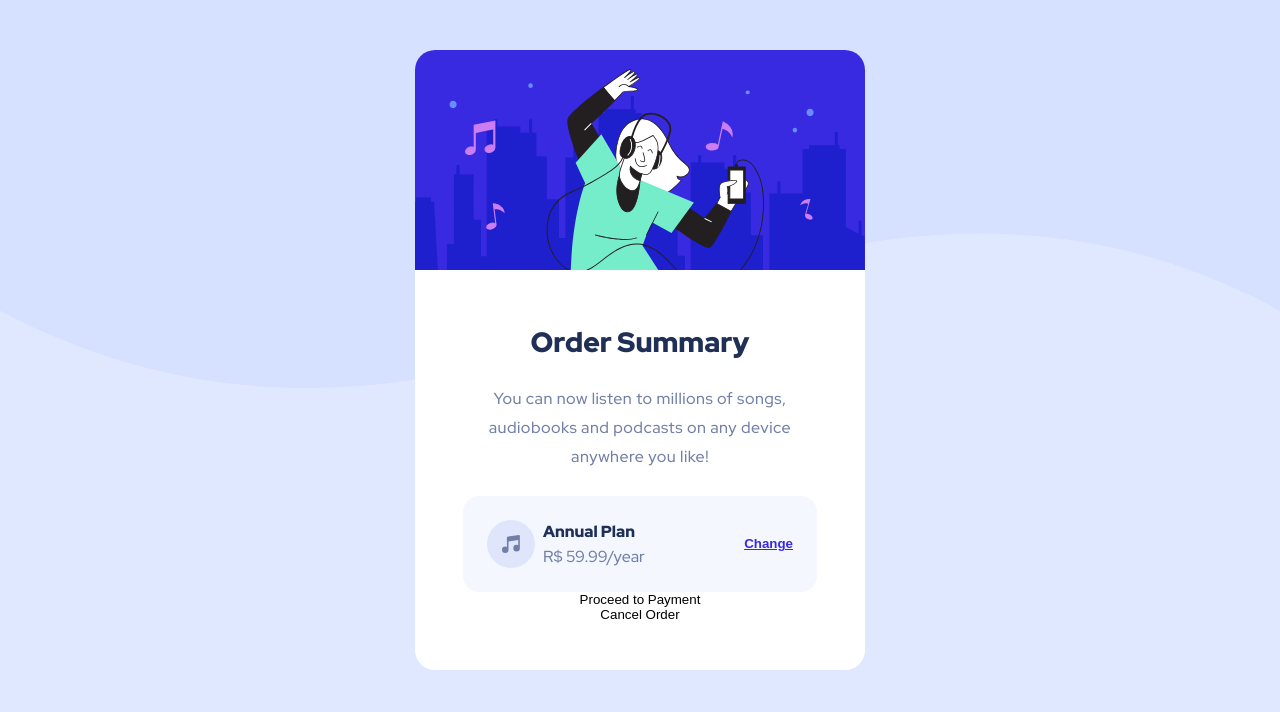
Repository: gccavalheiro/order-summary-card
Page: index.html
The author's editor kept a copy of each file at every save. The page is drawn from the files as they stood at one save, then again after the next save.
The browser window is 1280 px wide. The pictures show the whole page.

Above is the page before, as saved 2021-12-17 02:22:07.

### index.html
<!DOCTYPE html>
<html lang="en">

<head>
  <meta charset="UTF-8" />
  <meta http-equiv="X-UA-Compatible" content="IE=edge" />
  <meta name="viewport" content="width=device-width, initial-scale=1.0" />
  <link rel="preconnect" href="https://fonts.googleapis.com">
  <link rel="preconnect" href="https://fonts.gstatic.com" crossorigin>
  <link href="https://fonts.googleapis.com/css2?family=Red+Hat+Display:wght@500;700;900&display=swap" rel="stylesheet">
  <link rel="icon" type="image/png" sizes="32x32" href="./images/favicon-32x32.png" />
  <title>Frontend Mentor | Order summary card</title>
  <link rel="stylesheet" href="./assets/css/main.css" />
</head>

<body>
  <main>
    <div class="card">
      <div class="card-header">
        <img src="./assets/images/illustration-hero.svg" alt="Illustration Woman">
      </div>
      <div class="card-body">
        <div class="card-info">
          <h1>Order Summary</h1>
          <p>You can now listen to millions of songs,
            audiobooks and podcasts on any device
            anywhere you like! </p>
        </div>
        <div class="card-plan">
          <div class="card-plan-detail">
            <div class="card-plan-icon-detail">
              <img src="./assets/images/icon-music.svg" alt="Icon Music" />
            </div>
            <div class="card-plan-info-detail">
              <h2>Annual Plan</h2>
              <p>R$ 59.99/year</p>
            </div>
          </div>
          <button class="card-plan-button">Change</button>
        </div>
        <button class="card-button-payment">Proceed to Payment</button>
        <button class="card-button-cancel">Cancel Order</button>
      </div>
    </div>
  </main>
</body>

</html>

### assets/css/main.css
:root {
  --primary-pale-blue: hsl(225, 100%, 94%);
  --secondary-bright-blue: hsl(245, 75%, 52%);
  --very-pale-blue:hsl(225, 100%, 98%);
  --desaturated-blue: hsl(224, 23%, 55%);
  --dark-blue: hsl(223, 47%, 23%);
  --variant-blue: hsl(245, 83%, 68%);
  --white: hsl(0, 0%, 100%);
}

* {
  margin: 0;
  padding: 0;
  outline: 0;
  box-sizing: border-box;
  text-rendering: optimizeLegibility;
  -webkit-font-smoothing: antialiased;
  -moz-osx-font-smoothing: grayscale;
}

html {
  font-family: 'Red Hat Display', sans-serif;
}

body {

  font-size: 1rem;
  background-color: var(--primary-pale-blue);
  background-image: url('../images/pattern-background-desktop.svg');
  background-repeat: no-repeat;
  background-position: top center;
  background-size: contain;
}

img {
  width: 100%;
}

button {

  border: 0;
  cursor: pointer;
  background-color: transparent;
}

main {
  display: flex;
  align-items: center;
  justify-content: center;
  width: 100%;
  height: 100vh;
}

.card {
  display: flex;
  flex-direction: column;
  width: 100%;
  max-width: 450px;
  border-radius: 20px;
  background-color: var(--white);
}

.card-header {
  width: 100%;
  border-top-left-radius: 20px;
  border-top-right-radius: 20px;
  overflow: hidden;
}

.card-body {
  display: flex;
  flex-direction: column;
  align-items: center;
  padding: 48px;
}

.card-info {
  display: flex;
  flex-direction: column;
  align-items: center;
  text-align: center;
}

.card-info h1{
  font-size: 1.75rem;
  color: var(--dark-blue);
  font-weight: 900;
}

.card-info p{
  font-size: 1rem;
  color: var(--desaturated-blue);
  font-weight: 500;
  letter-spacing: 0.03em;
  line-height: 1.8;
  margin: 24px 0;
}



.card-plan {
  display: flex;
  align-items: center;
  justify-content: space-between;
  width: 100%;
  background-color: var(--very-pale-blue);
  padding: 24px;
  border-radius: 16px;
}

.card-plan-detail {
  display: flex;
  align-items: center;
}

.card-plan-icon-detail {
  width: 48px;
  height: 48px;
  min-width: 48px;
  min-height: 48px;
  border-radius: 50%;
  margin-right: 8px;
}

.card-plan-icon-detail img {
  object-fit: cover;
}

.card-plan-info-detail {
  display: flex;
  flex-direction: column;
}

.card-plan-info-detail h2, .card-plan-info-detail p {
  font-size: 1rem;
}
.card-plan-info-detail h2 {
  font-weight: 900;
  color: var(--dark-blue);
  margin-bottom: 4px;
}

.card-plan-info-detail p {
  color: var(--desaturated-blue);
  font-size: 700;
}
.card-plan-button {
  border: 0;
  color: var(--secondary-bright-blue);
  background-color: transparent;
  text-decoration: underline;
  font-weight: 700;
}
.card-button-payment{}
.card-button-cancel{}

After the next save:
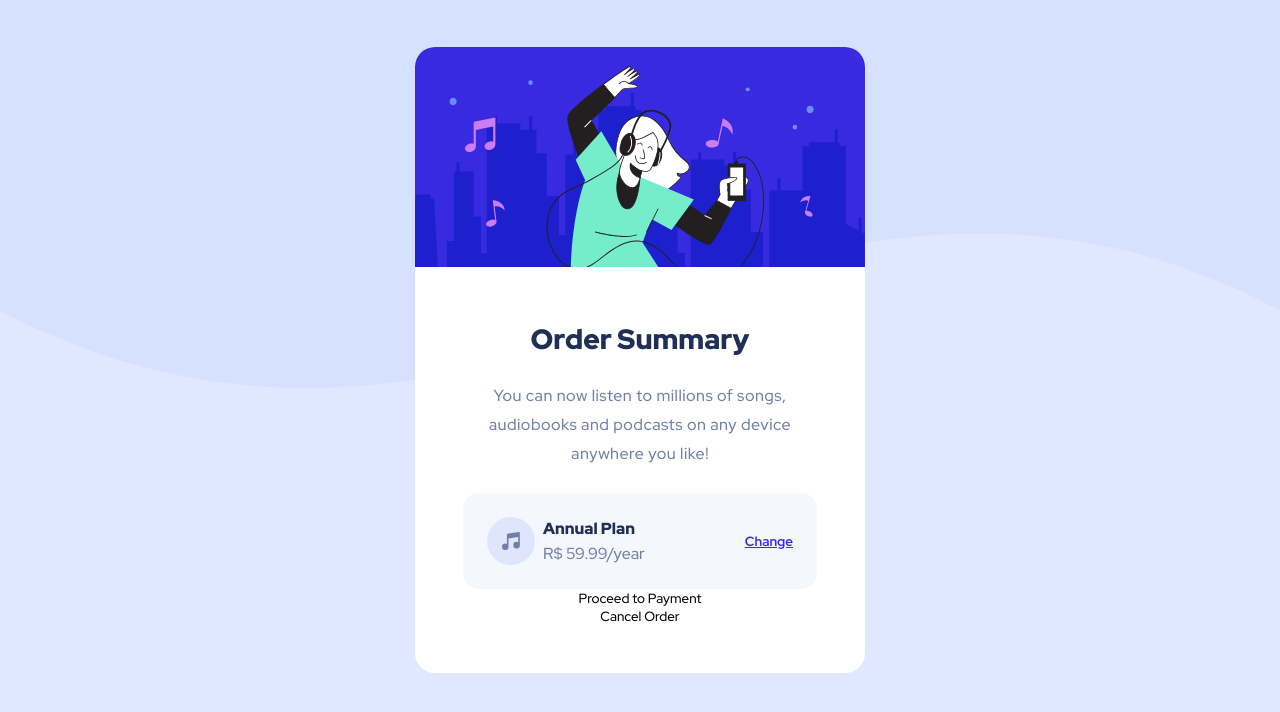
Saved 5 s later.
--- a/assets/css/main.css
+++ b/assets/css/main.css
@@ -18,12 +18,8 @@
   -moz-osx-font-smoothing: grayscale;
 }
 
-html {
+body {
   font-family: 'Red Hat Display', sans-serif;
-}
-
-body {
-
   font-size: 1rem;
   background-color: var(--primary-pale-blue);
   background-image: url('../images/pattern-background-desktop.svg');
@@ -37,7 +33,7 @@ img {
 }
 
 button {
-
+  font-family: 'Red Hat Display', sans-serif;
   border: 0;
   cursor: pointer;
   background-color: transparent;
